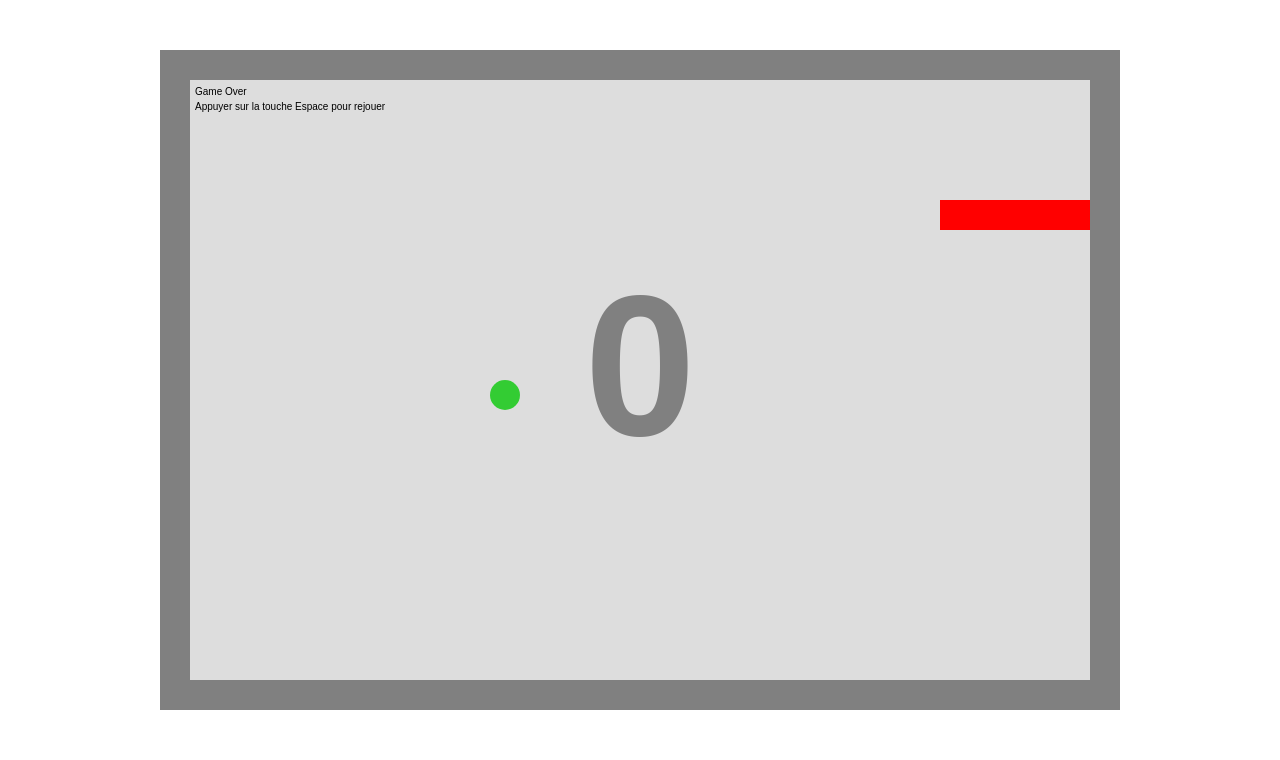
Repository: 0Memo/serpent
Page: index.html
The author's editor kept a copy of each file at every save. The page is drawn from the files as they stood at one save, then again after the next save.
The browser window is 1280 px wide. The pictures show the whole page.

Above is the page before, as saved 2020-12-16 22:16:44.

### index.html
<!DOCTYPE html>
<html lang="es">
    <head>
        <meta charset="UTF-8">
        <meta name="viewport" content="width=device-width, initial-scale=1.0">
        <title>Juego de la serpiente></title>
    </head>
    <body>

        <script src="js/script.js"></script>
    </body>
</html>

### js/script.js
window.onload = function(){
    var canvasWidth = 900;
    var canvasHeight = 600;
    var blockSize = 30;
    var ctx;
    var delay = 100;
    var snakey;
    var appley;
    var widthInBlocks = canvasWidth / blockSize;
    var heightInBlocks = canvasHeight / blockSize;
    var score;

    init();

    function init(){
        var canvas = document.createElement('canvas');
        canvas.width = canvasWidth;
        canvas.height = canvasHeight;
        canvas.style.border = "30px solid gray";
        canvas.style.margin = "50px auto";
        canvas.style.display = "block";
        canvas.style.backgroundColor = "#ddd";
        document.body.appendChild(canvas);
        ctx = canvas.getContext('2d');
        snakey = new snake([[6,4], [5,4], [4,4], [3,4], [2, 4]], "right");
        appley = new apple([10, 10]);
        score = 0;
        refreshCanvas();

    }

    function refreshCanvas(){
        snakey.advance();
        if(snakey.checkCollision())
        {
            gameOver();
        } else {
            if(snakey.isEatingApple(appley))
            {
                score++;
                snakey.ateApple = true;
                do
                {
                    appley.setNewPosition();
                }
                while(appley.isOnSnake(snakey));
            }
            ctx.clearRect(0, 0, canvasWidth, canvasHeight);
            drawScore();
            snakey.draw();
            appley.draw();
            setTimeout(refreshCanvas,delay);
        }

    }

    function gameOver()
    {
        ctx.save();
        ctx.fillText("Game Over", 5, 15);
        ctx.fillText("Appuyer sur la touche Espace pour rejouer", 5, 30);
        ctx.restore();
    }

    function restart()
    {
        snakey = new snake([[6,4], [5,4], [4,4], [3,4], [2, 4]], "right");
        appley = new apple([10, 10]);
        score = 0;
        refreshCanvas();
    }

    function drawScore()
    {
        ctx.save();
        ctx.font = "bold 200px sans-serif";
        ctx.fillStyle = "gray";
        ctx.textAlign = "center";
        ctx.textBaseline = "middle";
        var centreX = canvasWidth / 2;
        var centreY = canvasHeight / 2;
        ctx.fillText(score.toString(), centreX, centreY);
        ctx.restore();
    }

    function drawBlock(ctx, position){
        var x = position[0] * blockSize;
        var y = position[1] * blockSize;
        ctx.fillRect(x, y, blockSize, blockSize);
    }

    function snake(body, direction) {
        this.body = body;
        this.direction = direction;
        this.ateApple = false;
        this.draw = function(){
            ctx.save();
            ctx.fillStyle = "#ff0000";
            for(var i = 0; i < this.body.length; i++){
                drawBlock(ctx, this.body[i]);
            }
            ctx.restore();
        };
        this.advance = function(){
            var nextPosition = this.body[0].slice();
            switch(this.direction){
                case "left":
                    nextPosition[0] -=1;
                    break;
                case "right":
                    nextPosition[0] +=1;
                    break;
                case "down":
                    nextPosition[1] +=1;
                    break;
                case "up":
                    nextPosition[1] -=1;
                    break;
                default:
                    throw("Invalid Direction");
            }
            this.body.unshift(nextPosition);
            if(!this.ateApple)
            {
                this.body.pop();
            } else {
                this.ateApple = false;
            }
        };
        this.setDirection = function(newDirection)
        {
            var allowedDirections;
            switch(this.direction){
                case "left":
                case "right":
                    allowedDirections = ["up", "down"];
                    break;
                case "down":
                case "up":
                    allowedDirections = ["left", "right"];
                    break;
                default:
                    throw("Invalid Direction");
            }
            if(allowedDirections.indexOf(newDirection) > -1){
                this.direction = newDirection;
            };
        };
        this.checkCollision = function()
        {
            var wallCollision = false;
            var snakeCollision = false;
            var head = this.body[0];
            var rest = this.body.slice(1);
            var snakeX = head[0];
            var snakeY = head[1];
            var minX = 0;
            var minY = 0;
            var maxX = widthInBlocks  - 1;
            var maxY = heightInBlocks - 1;
            var isNotBetweenHorizontalWalls = snakeX < minX || snakeX > maxX;
            var isNotBetweenVerticalWalls = snakeY < minY || snakeY > maxY;

            if(isNotBetweenHorizontalWalls || isNotBetweenVerticalWalls)
            {
                wallCollision = true;
            }

            for(var i = 0; i < rest.length; i++){
                if(snakeX === rest[i][0] && snakeY === rest[i][1]){
                    snakeCollision = true;
                }
            }
            return wallCollision || snakeCollision;
        };
        this.isEatingApple = function(appleToEat)
        {
            var head = this.body[0];
            if(head[0] === appleToEat.position[0] && head[1] === appleToEat.position[1])
            {
                return true;
            } else {
                return false;
            }
        };
    }

    function apple(position)
    {
        this.position = position;
        this.draw = function(){
            ctx.save();
            ctx.fillStyle = "#33cc33";
            ctx.beginPath();
            var radius = blockSize / 2;
            var x = this.position[0] * blockSize + radius;
            var y = this.position[1] * blockSize + radius;
            ctx.arc(x,y, radius, 0, Math.PI*2, true);
            ctx.fill();
            ctx.restore();
        };
        this.setNewPosition = function()
        {
            var newX = Math.round(Math.random() * (widthInBlocks - 1));
            var newY = Math.round(Math.random() * (heightInBlocks - 1));
            this.position = [newX, newY];
        };

        this.isOnSnake = function(snakeToCheck)
        {
            var isOnSnake = false;
            for(i = 0; i < snakeToCheck.body.length; i++)
            {
                if(this.position[0] === snakeToCheck.body[i][0] && this.position[1] === snakeToCheck.body[i][1])
                {
                    isOnSnake = true;
                }
            }
            return isOnSnake;
        }
    };

    document.onkeydown = function handleKeyDown(e){
    var key = e.keyCode;
    var newDirection;
    switch(key){
        case 37:
            newDirection = "left";
            break;
        case 38:
            newDirection = "up";
            break;
        case 39:
            newDirection = "right";
            break;
        case 40:
            newDirection = "down";
            break;
        case 32:
            restart();
            return;
        default:
            return;
    };
    snakey.setDirection(newDirection);
};
}

After the next save:
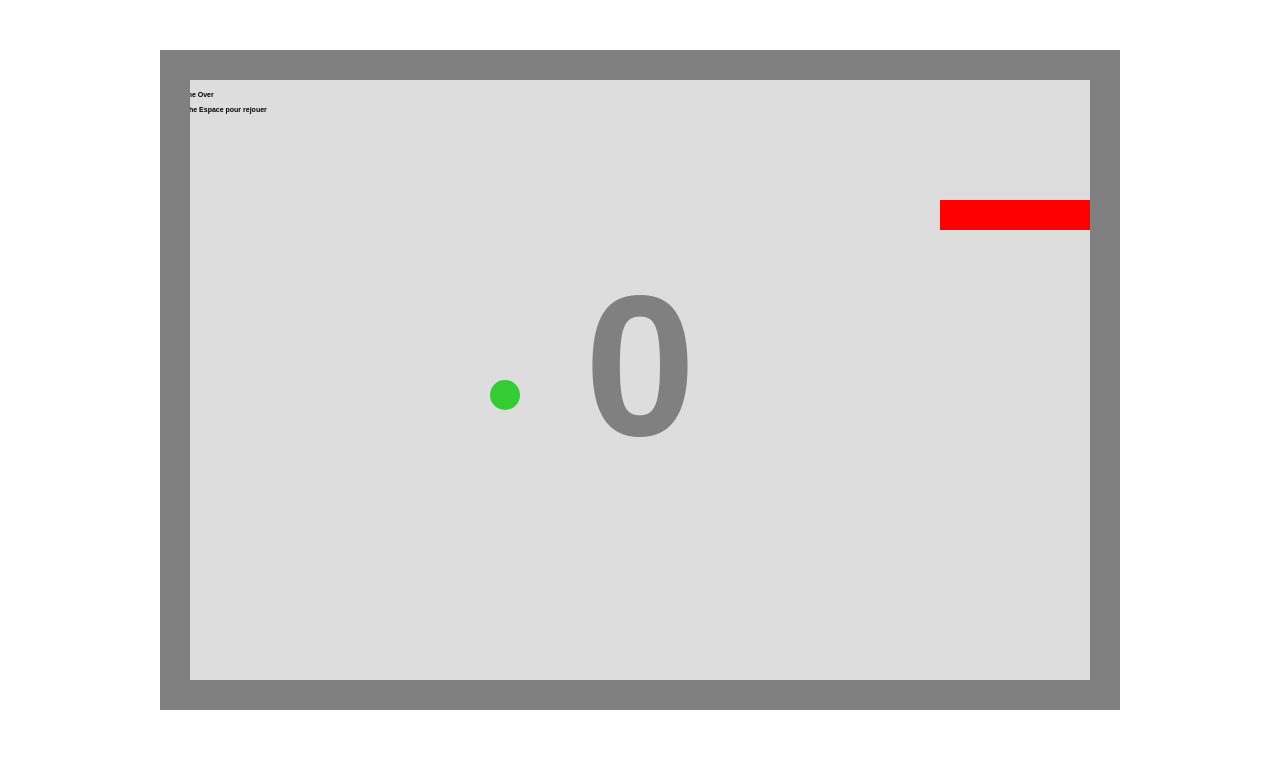
Saved 2 min 30 s later.
--- a/js/script.js
+++ b/js/script.js
@@ -57,6 +57,12 @@ window.onload = function(){
     function gameOver()
     {
         ctx.save();
+        ctx.font = "bold 7px sans-serif";
+        ctx.fillStyle = "#000";
+        ctx.textAlign = "center";
+        ctx.textBaseline = "middle";
+        var centreX = canvasWidth / 2;
+        var centreY = canvasHeight / 2;
         ctx.fillText("Game Over", 5, 15);
         ctx.fillText("Appuyer sur la touche Espace pour rejouer", 5, 30);
         ctx.restore();
